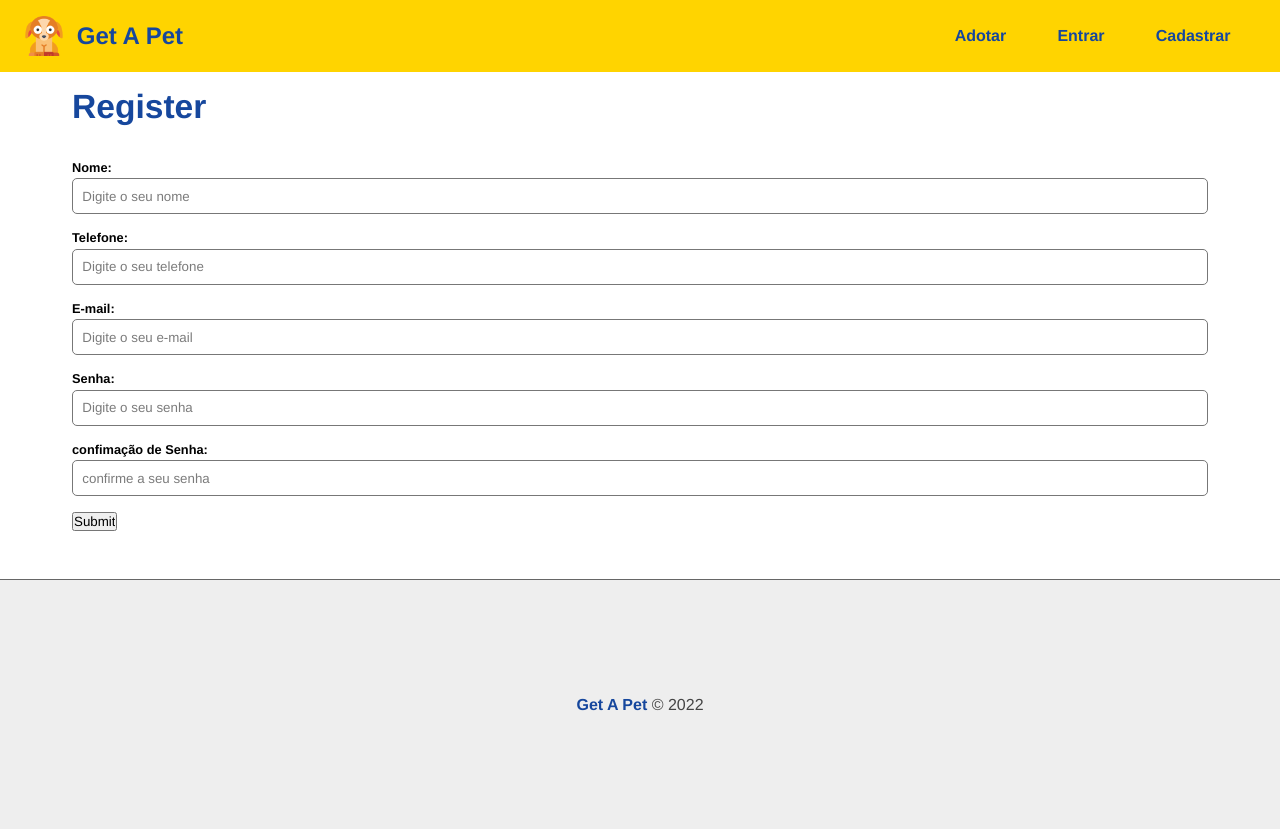
Repository: LeandroMoniz/Projetos_Pets
Page: /register (app in adocao_pet/frontend/)
These files come from the project's save history. The page is drawn as it stood at one moment and after the next save; the edit follows.
The browser window is 1280 px wide. The pictures show the whole page.
The project was rebuilt for these pictures with package versions that can differ from the ones it lists, and the page was loaded fresh each time. Also part of the build but not shown: adocao_pet/frontend/src/components/pages/Auth/Login.js, adocao_pet/frontend/src/components/pages/Home.js.

Above is the page before, as saved 2022-02-15 16:42:18.

### adocao_pet/frontend/public/index.html
<!DOCTYPE html>
<html lang="en">
  <head>
    <meta charset="utf-8" />
    <link rel="icon" href="%PUBLIC_URL%/favicon.ico" />
    <meta name="viewport" content="width=device-width, initial-scale=1" />
    <meta name="theme-color" content="#000000" />
    <meta
      name="description"
      content="Web site created using create-react-app"
    />
    <link rel="apple-touch-icon" href="%PUBLIC_URL%/logo192.png" />
    <!--
      manifest.json provides metadata used when your web app is installed on a
      user's mobile device or desktop. See https://developers.google.com/web/fundamentals/web-app-manifest/
    -->
    <link rel="manifest" href="%PUBLIC_URL%/manifest.json" />
    <!--
      Notice the use of %PUBLIC_URL% in the tags above.
      It will be replaced with the URL of the `public` folder during the build.
      Only files inside the `public` folder can be referenced from the HTML.

      Unlike "/favicon.ico" or "favicon.ico", "%PUBLIC_URL%/favicon.ico" will
      work correctly both with client-side routing and a non-root public URL.
      Learn how to configure a non-root public URL by running `npm run build`.
    -->
    <title>Get A Pet</title>
  </head>
  <body>
    <noscript>You need to enable JavaScript to run this app.</noscript>
    <div id="root"></div>
    <!--
      This HTML file is a template.
      If you open it directly in the browser, you will see an empty page.

      You can add webfonts, meta tags, or analytics to this file.
      The build step will place the bundled scripts into the <body> tag.

      To begin the development, run `npm start` or `yarn start`.
      To create a production bundle, use `npm run build` or `yarn build`.
    -->
  </body>
</html>

### adocao_pet/frontend/src/index.js
import React from 'react';
import ReactDOM from 'react-dom';
import './index.css';
import App from './App';


ReactDOM.render(
  <React.StrictMode>
    <App />
  </React.StrictMode>,
  document.getElementById('root')
)

### adocao_pet/frontend/src/index.css
*{
  padding:0;
  margin: 0;
  font-family: Helvetica;
  box-sizing: border-box;
}

h1 {
  color: #16479d;
  margin-bottom: 1em;
  font-size: 2.1em;
}

.bold {
  font-weight: bold;
  color: #16479d;
}

### adocao_pet/frontend/src/App.js
import { BrowserRouter as Router, Routes, Route } from 'react-router-dom'

/*componets*/
import Navbar from './components/layout/Navbar'
import Footer from './components/layout/Footer'
import Container from './components/layout/Container'

/* pages */
import Login from './components/pages/Auth/Login'
import Register from './components/pages/Auth/Register'
import Home from './components/pages/Home'

function App() {
  return (
    <Router>
      <Navbar />
      <Container>
      <Routes>
        <Route path="/login" element={<Login />} />
        <Route path="/register" element={<Register />} />
        <Route path="/" element={<Home />} />
      </Routes>
      </Container>
      <Footer />
    </Router>
  );
}

export default App

### adocao_pet/frontend/src/components/layout/Navbar.js
import { Link } from 'react-router-dom'

import styles from './Navbar.module.css'

import Logo from '../../assets/img/logo.png'

function Navbar() {
    return(
        <nav className={styles.navbar}>
            <div className={styles.navbar_logo}>
                <img src={Logo} alt="Get A Pet" />
                <h2>Get A Pet</h2>
            </div>
            <ul>
                <li>
                    <Link to="/">Adotar</Link>
                </li>
                <li>
                    <Link to="/login">Entrar</Link>
                </li>
                <li>
                    <Link to="/register">Cadastrar</Link>
                </li>
            </ul>
        </nav>
    )
}

export default Navbar

### adocao_pet/frontend/src/components/layout/Footer.js
import styles from './Footer.module.css'

function Footer() {
    return(
      <footer className={styles.footer}>
          <p>
              <span className="bold">Get A Pet</span> &copy; 2022
          </p>
      </footer>
    )
}

export default Footer

### adocao_pet/frontend/src/components/layout/Container.js
import styles from './Container.module.css'

function Container({ children }) {
    return <main className={styles.container}>{children}</main>
}

export default Container

### adocao_pet/frontend/src/components/pages/Auth/Register.js
import Input from '../../form/Input'

import styles from '../../form/Form.module.css'

function Register() {

    function handleChange(e) {

    }

    return (
        <section>
            <h1>Register</h1>
            <form>
                <Input
                    text="Nome"
                    type="text"
                    name="name"
                    placeholder="Digite o seu nome"
                    handleOnChange={handleChange}
                />
                  <Input
                    text="Telefone"
                    type="text"
                    name="phone"
                    placeholder="Digite o seu telefone"
                    handleOnChange={handleChange}
                />
                  <Input
                    text="E-mail"
                    type="email"
                    name="email"
                    placeholder="Digite o seu e-mail"
                    handleOnChange={handleChange}
                />
                  <Input
                    text="Senha"
                    type="password"
                    name="password"
                    placeholder="Digite o seu senha"
                    handleOnChange={handleChange}
                />
                   <Input
                    text="confimação de Senha"
                    type="password"
                    name="confirmpassword"
                    placeholder="confirme a seu senha"
                    handleOnChange={handleChange}
                />
                <input type="submit" valeu="Cadastrar" />
            </form>
        </section>
    )
}

export default Register

### adocao_pet/frontend/src/components/layout/Navbar.module.css
.navbar {
    display: flex;
    justify-content: space-between;
    padding: 1em 1.5em;
    background-color: #ffd400;
    color: #16479d;
}

.navbar_logo {
    display: flex;
    align-items: center;
}

.navbar_logo img {
    width: 40px;
    margin-right: 0.8em;
}

.navbar ul{
    display: flex;
    align-items: center;
    list-style: none;
}

.navbar li,
.navbar a {
    text-decoration: none;
    color: #16479d;
    font-weight: bold;
    cursor: pointer;
    transition: 0.5s;
    padding: 0.5em 0.8em;
    border-radius: 5px;
}

.navbar li:hover {
    background-color: #16479d;
    color: #fff;
}

.navbar li:hover > a {
    color: #fff;
}

### adocao_pet/frontend/src/components/layout/Container.module.css
.container {
    min-height: 60vh;
    padding: 1em 2em 3em;
    max-width: 1200px;
    margin: 0 auto;
}

### adocao_pet/frontend/src/components/form/Input.js
import styles from './Input.module.css'

function Input({ type, text, name, placeholder, handleOnChange, value, multiple, }) {
    return (
        <div className={styles.form_control}>
            <label htmlFor={name}>{text}:</label>
            <input
                type={type}
                name={name}
                id={name}
                placeholder={placeholder}
                onChange={handleOnChange}
                value={value}
                {...(multiple ? { multiple } : '')}
            />
        </div>
    )
}

export default Input

### adocao_pet/frontend/src/components/form/Input.module.css
.form_control {
    display: flex;
    flex-direction: column;
    margin-bottom: 1em;
}

.form_control label {
    margin-bottom: 0.3em;
    font-weight: bold;
    font-size: 0.8em;
}

.form_control input {
    padding: 0.7em;
    border: 1px solid #777;
    border-radius: 5px;
}

.form_control input::placeholder {
    color: #7b7b7b;
}

### adocao_pet/frontend/src/components/form/Form.module.css
.form_container{
    max-width: 300px;
    margin: 0 auto;
    background-color: #fff;
    border-radius: 15px;
}

.form_container input[type='submit'] {
    border-radius: 8px;
    background-color: #25b456;
    color: #fff;
    border: none;
    min-width: 100px;
    min-height: 2.5em;
    width: 100%;
    cursor: pointer;
    font-size: 1.1em;
    font-weight: bold;
}

Loaded but not shown: adocao_pet/frontend/src/components/layout/Footer.module.css (common file)

After the next save:
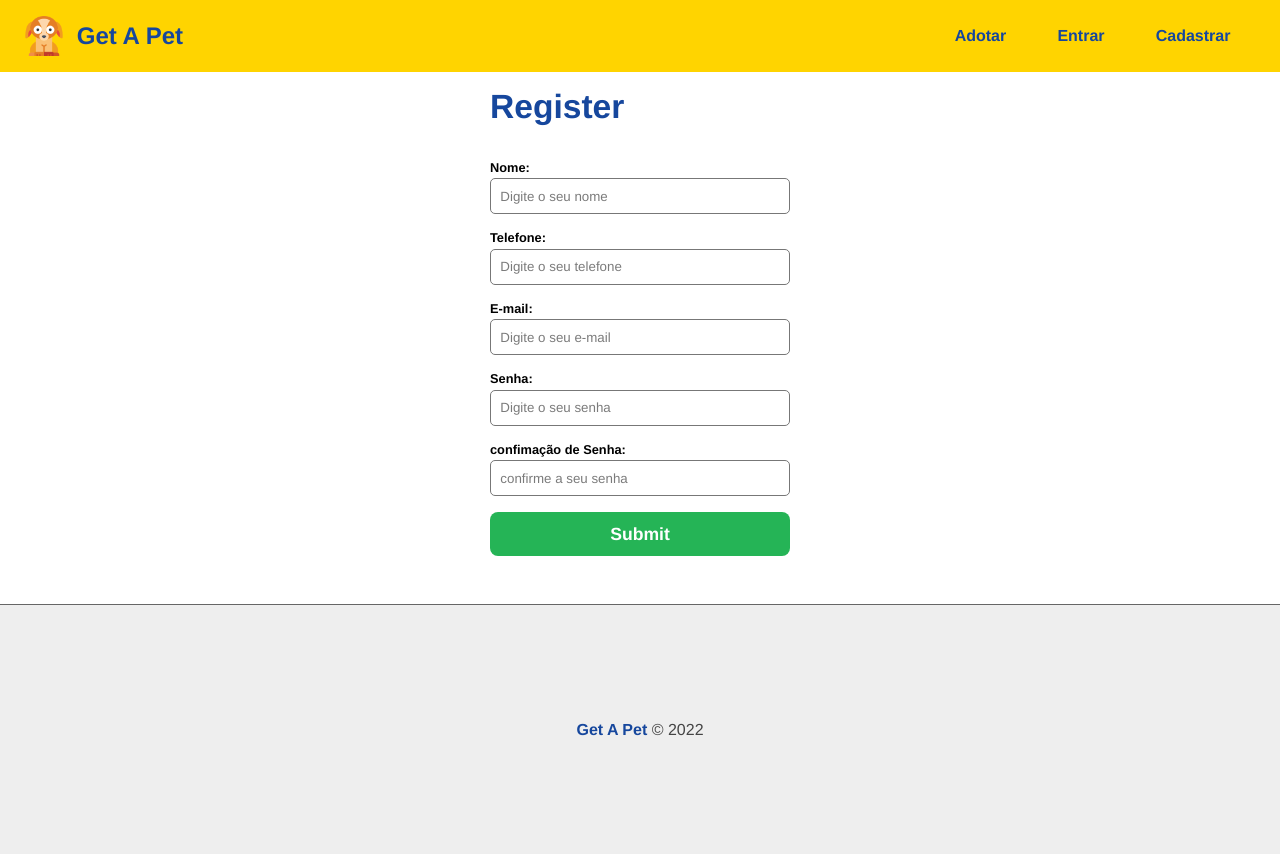
Saved 47 s later.
--- a/adocao_pet/frontend/src/components/pages/Auth/Register.js
+++ b/adocao_pet/frontend/src/components/pages/Auth/Register.js
@@ -9,7 +9,7 @@
     }
 
     return (
-        <section>
+        <section className={styles.form_container}>
             <h1>Register</h1>
             <form>
                 <Input
